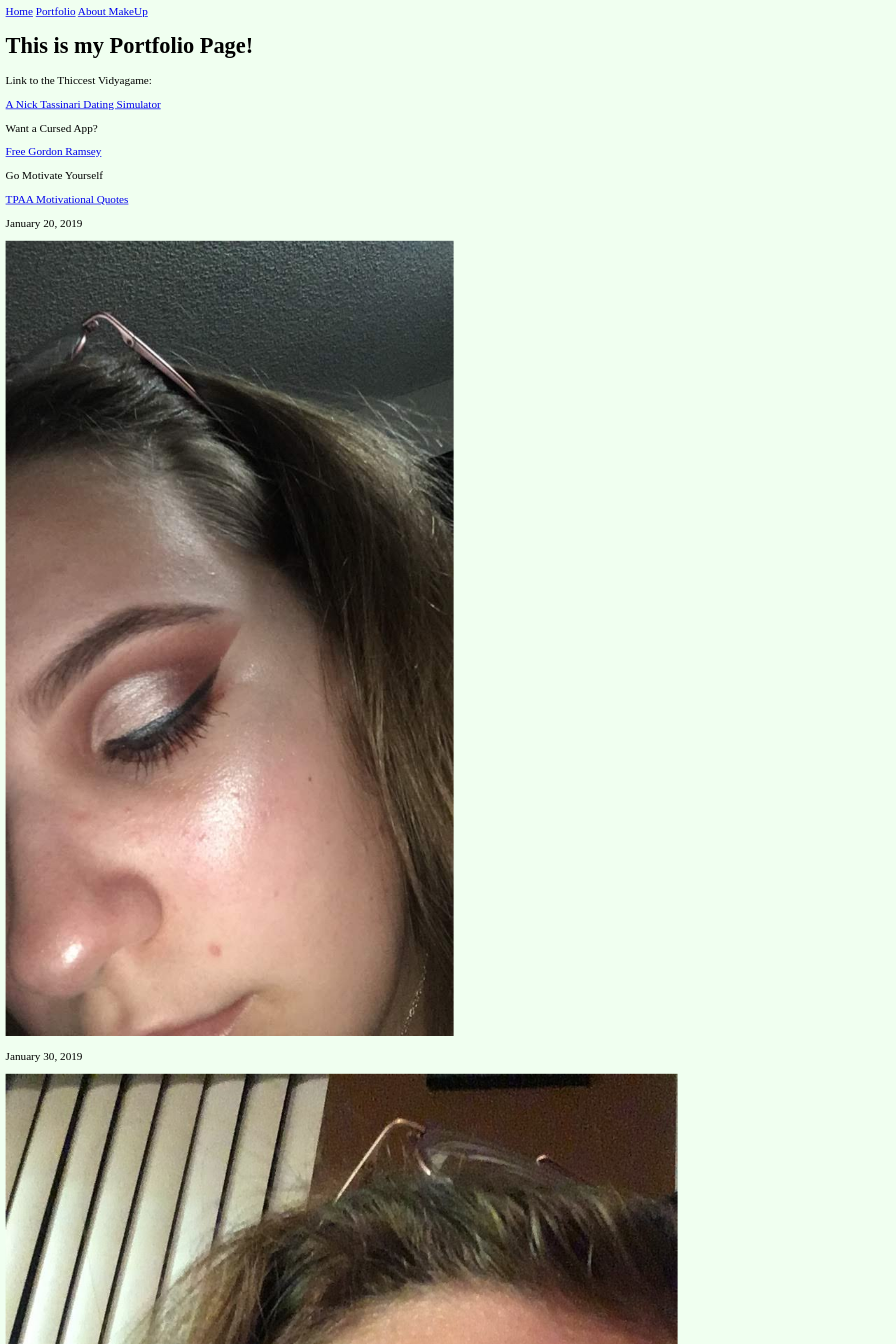
Repository: EMcmurray1862/emcmurray1862.github.io
Page: makeup.html
The author's editor kept a record of every edit. The page is drawn from the files as they stood at one moment, then again after the next edit.
The browser window is 1280 px wide. The pictures show the part of the page from y = 0 to 1920 px (the page is 10898 px tall before and 10694 px after), at 70% of full size.

Above is the page before.

### makeup.html
<!doctype html>
	<html lang="en">
	  <head>
	    <meta charset="utf-8">
	    <title>Makeup</title>
	  </head>
	  <body style="background-color:honeydew;">
    <a href="index.html">Home</a>
    <a href="portfolio.html">Portfolio</a>
    <a href="about_me.html">About </a>
    <a href="makeup.html">MakeUp </a>
    <h1>This is my Portfolio Page!</h1>
    <p>Link to the Thiccest Vidyagame: </p>
    <a href="https://scratch.mit.edu/projects/242534760/">A Nick Tassinari Dating Simulator</a>
    <p>Want a Cursed App? </p>
     <a href="http://ai2.appinventor.mit.edu/?locale=en#4656090778304512">Free Gordon Ramsey</a>
     <p>Go Motivate Yourself</p>
     <a href="GodQuotes.apk">TPAA Motivational Quotes</a>
      <p>January 20, 2019</p>
    <img src="images/brown_cutcrease.JPG">
      <p>January 30, 2019</p>
    <img src="images/rainbow_cutcrease.jpg">
    <p>February 14, 2019</p>
    <img src="images/valentines_look.jpg">
    <p>August 2, 2019</p>
    <img src="images/yellow_cutcrease.JPG">
    <p>August 23, 2019</p>
    <img src="images/purple_yellow_fair.jpg">
    <p>August 30, 2019</p>
    <img src="images/blue_cutcrease.JPG">
    <p>September 6, 2019</p>
    <img src="images/purple_blue_glitter.JPG">
    <img src="images/green_glitter.JPG">
    <p>September 13, 2019</p>
    <img src="images/red_black.JPG">
    <br>
    <a target="_blank" href="https://scratch.mit.edu">
    </a>
	  </body>
	</html>

After the next edit:
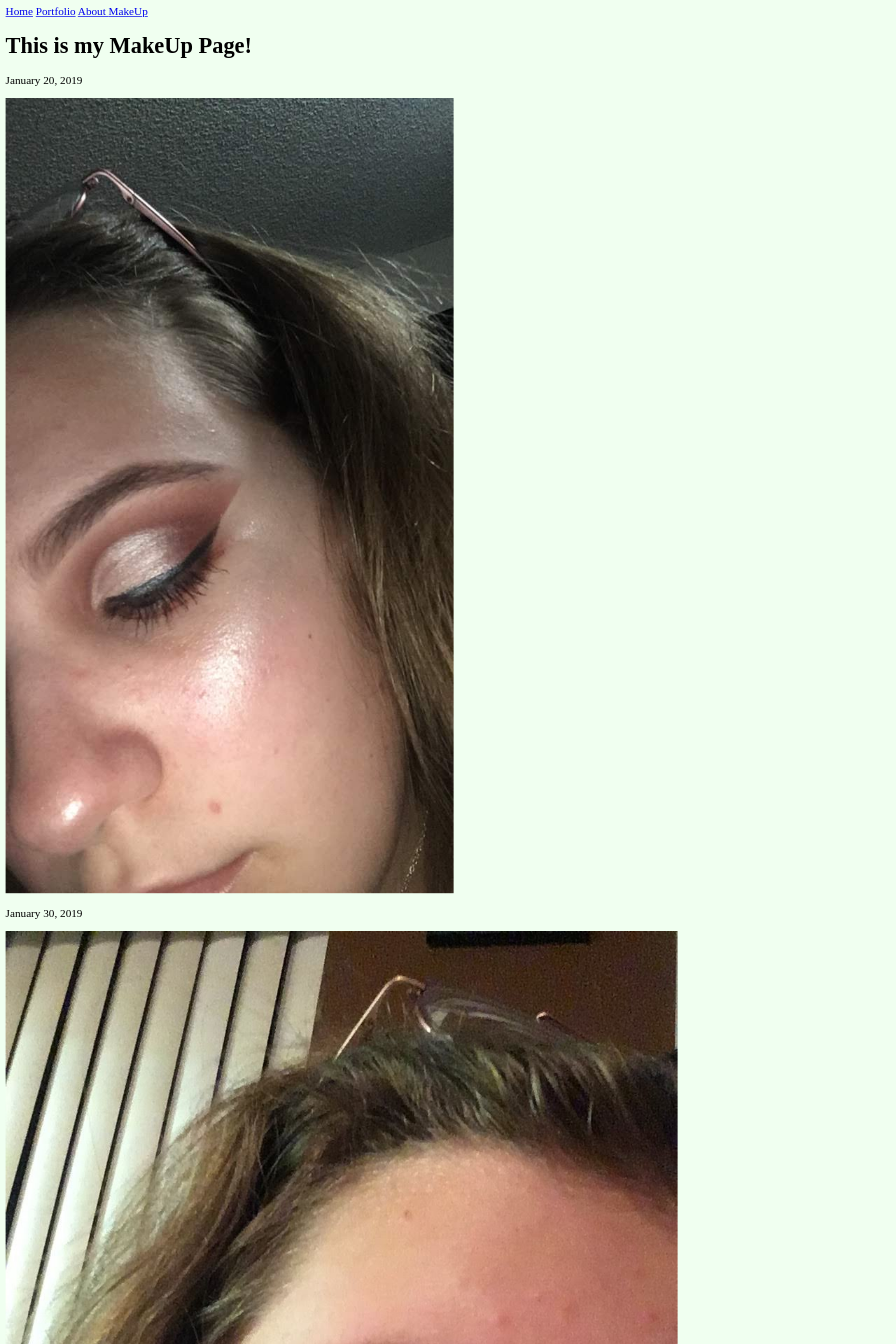
The edit:
--- a/makeup.html
+++ b/makeup.html
@@ -8,14 +8,8 @@
     <a href="index.html">Home</a>
     <a href="portfolio.html">Portfolio</a>
     <a href="about_me.html">About </a>
-    <a href="makeup.html">MakeUp </a>
-    <h1>This is my Portfolio Page!</h1>
-    <p>Link to the Thiccest Vidyagame: </p>
-    <a href="https://scratch.mit.edu/projects/242534760/">A Nick Tassinari Dating Simulator</a>
-    <p>Want a Cursed App? </p>
-     <a href="http://ai2.appinventor.mit.edu/?locale=en#4656090778304512">Free Gordon Ramsey</a>
-     <p>Go Motivate Yourself</p>
-     <a href="GodQuotes.apk">TPAA Motivational Quotes</a>
+    <a href="makeUpakeup.html">MakeUp </a>
+    <h1>This is my MakeUp Page!</h1>
       <p>January 20, 2019</p>
     <img src="images/brown_cutcrease.JPG">
       <p>January 30, 2019</p>
